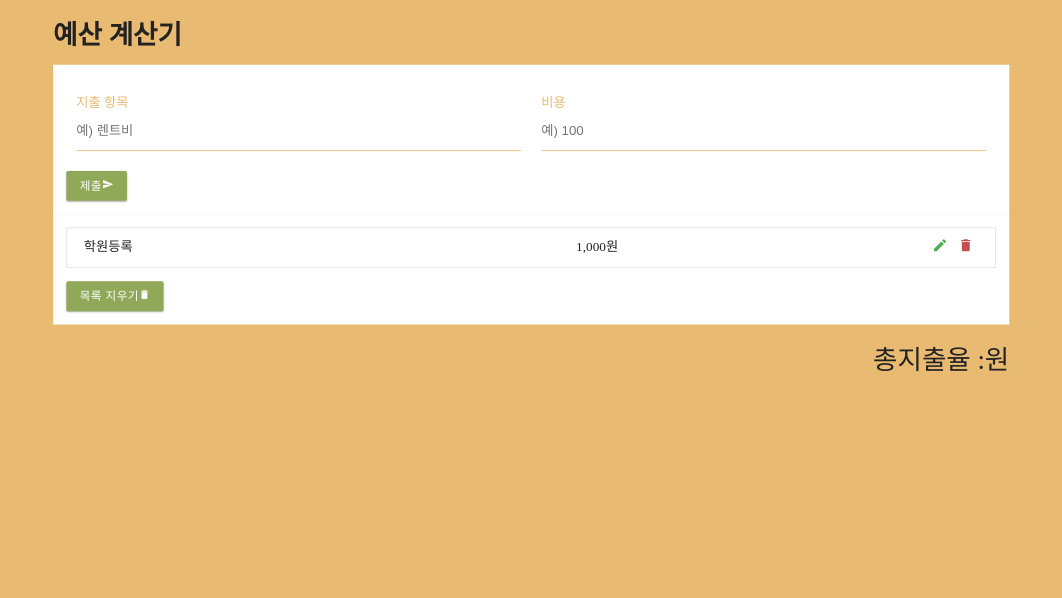
Repository: jongheonleee/budget_calculator
Page: /
The author's editor kept a copy of each file at every save. The page is drawn from the files as they stood at one save, then again after the next save.
The browser window is 1280 px wide. The pictures show the whole page, at 83% of full size.
The project was rebuilt for these pictures with package versions that can differ from the ones it lists, and the page was loaded fresh each time.

Above is the page before, as saved 2025-02-08 13:02:40.

### src/index.css
:root {
  --primaryColor : #90A959;
  --secondColor : #e9bb72;
  --mainWhite : #fff;
  --mainBlack : #222;
  --mainRed : #C45151;
  --mainGreen : #4CAF50;
}

* {
  margin: 0;
  box-sizing: border-box;
}

body {
  background: var(--secondColor);
  color: var(--mainBlack);
}

h1 {
  margin: 1rem 0;
}

.btn {
  text-decoration: none;
  color : var(--mainWhite);
  background-color: var(--primaryColor);
  text-align: center;
  letter-spacing: 0.5px;
  font-size: 14px;
  outline: 0;
  border : none;
  border-radius: 2px;
  display: block;
  height: 36px;
  line-height: 36px;
  padding: 0 16px;
  cursor : pointer;
  box-shadow: 0 1px 3px rgba(0, 0, 0, 0.12), 0 1px 2px rgba(0, 0, 0, 0.24);

}

.btn:hover {
  box-shadow: 0 14px 28px rgba(0, 0, 0, 0.25) 0 10px 10px rgba(0, 0, 0, 0.22);
}

### src/App.js
import { Component } from "react";
import "./App.css";
import ExpenseForm from "./components/ExpenseForm";
import ExpenseList from "./components/ExpenseList";

class App extends Component {

  render() {
    return (
      <main className="main-container">
        <h1>예산 계산기</h1>

        {/* 작성 영역 */}
        <div style={{ width:'100%', backgroundColor : 'white', padding: '1rem'}}>
          <ExpenseForm />
        </div>

        {/* 리스트 영역 */}
        <div style={{ width:'100%', backgroundColor : 'white', padding: '1rem'}}>
          <ExpenseList />
        </div>

        <div style={{ display : 'flex', justifyContent: 'end', marginTop: '1rem'}}>
          <p style={{ fontSize : '2rem'}}>
            총지출율 :
            <span>원</span>
          </p>
        </div>
      </main>
    )
  }
}

export default App;

### src/components/ExpenseForm.js
import React, { Component } from 'react'
import './ExpenseForm.css';
import { MdSend } from'react-icons/md';

export class ExpenseForm extends Component {

    render() {
        return (
        <form>
            <div>
                <div className='form-center'>
                    <div className='form-group'>
                        <label htmlFor='charge'> 지출 항목 </label>
                        <input
                            type='text'
                            className='form-control'
                            id='charge'
                            name='charge'
                            placeholder='예) 렌트비'
                        />
                    </div>
                    <div className='form-group'>
                        <label htmlFor='amount'> 비용 </label>
                        <input
                            type='number'
                            className='form-control'
                            id='amount'
                            name='amount'
                            placeholder='예) 100'
                        />

                    </div>
                </div>
            </div>

            <button tpye='submit' className='btn'>
                제출
                <MdSend className='btn-icon'/>
            </button>
        </form>
    )
  }
}

export default ExpenseForm

### src/components/ExpenseList.js
import React, { Component } from 'react'
import './ExpenseList.css'
import ExpenseItem from './ExpenseItem'
import { MdDelete } from 'react-icons/md'

export class ExpenseList extends Component {
  render() {
    return (
      <>
        <ul className='list'>
            {/* Expense Item */}
            <ExpenseItem />
        </ul>
        <button className='btn'>
            목록 지우기
            <MdDelete className='btn-icon'/>
        </button>
      </>
    )
  }
}

export default ExpenseList

### src/components/ExpenseForm.css
.form-center {
    display: flex;
}

.form-group {
    padding : 1rem 0.75rem;
    flex : 1;
}

label {
    display: block;
    color : var(--secondColor);
    font-size : 1rem;
    text-transform: capitalize;
}

.form-control {
    background-color: transparent;
    border: none;
    border-bottom: 1px solid var(--secondColor);
    outline: none;
    height: 3rem;
    width: 100%;
    font-size : 16px;
    margin: 0 0 8px 0;
    padding : 0;
}

### src/components/ExpenseList.css
.list {
    list-style-type: none;
    border : none;
    padding: 0;
}

### src/components/ExpenseItem.js
import React, { Component } from 'react'
import './ExpenseItem.css';
import { MdEdit, MdDelete } from'react-icons/md';

export class ExpenseItem extends Component {
  render() {
    return (
      <li className='item'>
        <div className='info'>
          <span className='expense'>학원등록</span>
          <span className='amount'> 1,000원 </span>
        </div>

        <div>
          <button className='edit-btn'><MdEdit/></button>
          <button className='clear-btn'><MdDelete /></button>
        </div>
      </li>
    )
  }
}

export default ExpenseItem

### src/components/ExpenseItem.css
.item {
    background-color: var(--mainWhite);
    line-height: 1.5rem;
    padding: 10px 20px;
    margin-bottom: 1rem;
    border : 1px solid #e0e0e0;
    display: flex;
    justify-content: space-between;
    transition:all 0.3s linear;
}

.item:hover {
    width: 100%;
    transform: scale(1.02);
}

.info {
    flex : 0 0 60%;
    display: flex;
    justify-content: space-between;
}

.expense {
    margin-right: 2rem;
}

.amount {
    font-weight: 300;
    font-size : 1rem;
    padding : 1px 3px;
}

.clear-btn,
.edit-btn {
    background: none;
    border: none;
    font-size : 1.2rem;
    outline: none;
    cursor: pointer;
}

.clear-btn {
    color : var(--mainRed);
}

.edit-btn {
    color : var(--mainGreen);
}

Loaded but not shown: public/index.html (common file); src/index.js (common file); src/reportWebVitals.js (common file); src/App.css (common file)

After the next save:
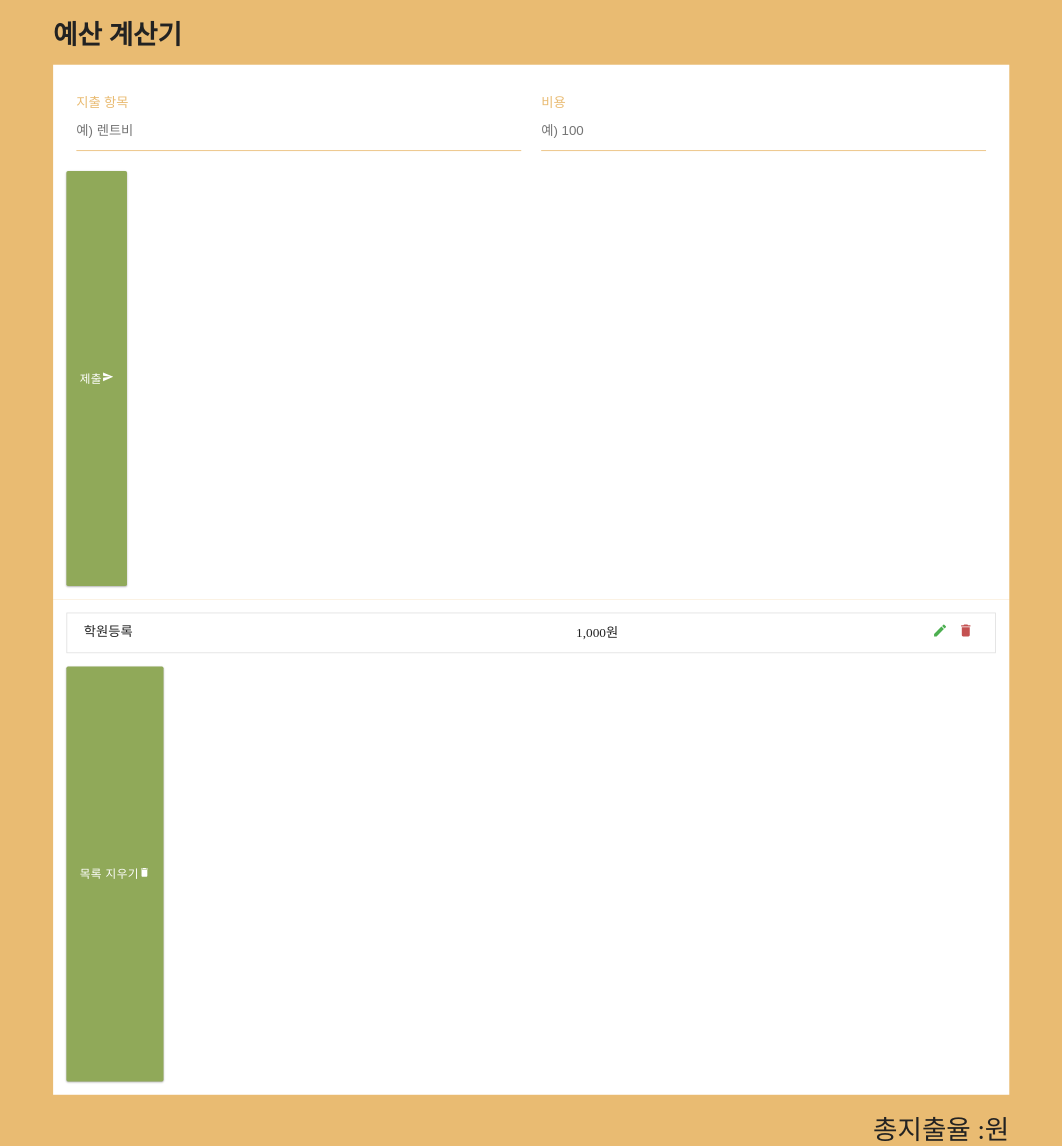
Saved 5 min 52 s later.
--- a/src/index.css
+++ b/src/index.css
@@ -32,7 +32,7 @@
   border : none;
   border-radius: 2px;
   display: block;
-  height: 36px;
+  height: 500px;
   line-height: 36px;
   padding: 0 16px;
   cursor : pointer;

After the save that followed:
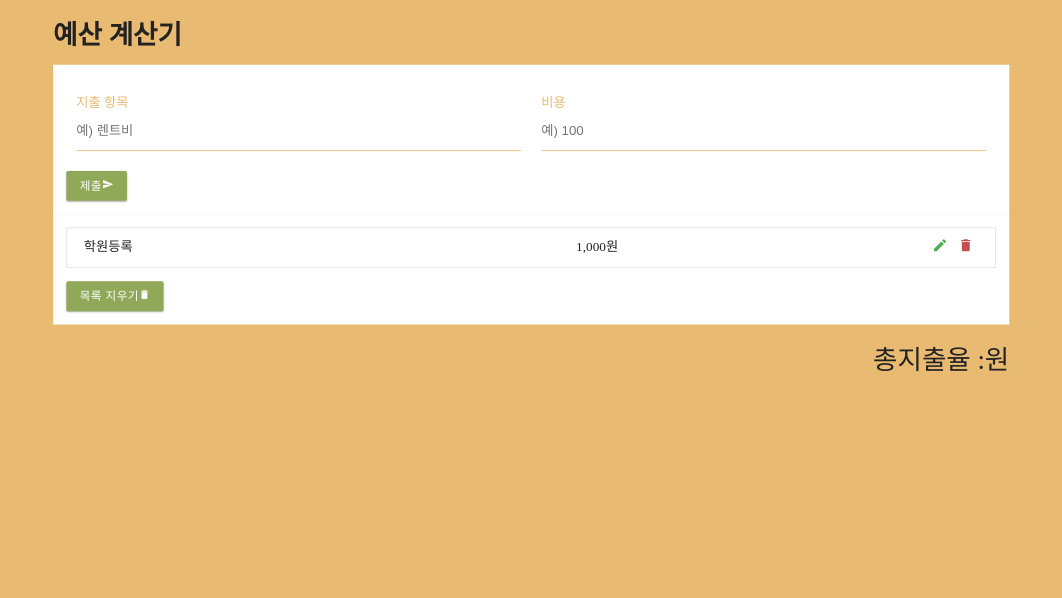
Saved 10 s later.
--- a/src/index.css
+++ b/src/index.css
@@ -32,7 +32,7 @@
   border : none;
   border-radius: 2px;
   display: block;
-  height: 500px;
+  height: 36px;
   line-height: 36px;
   padding: 0 16px;
   cursor : pointer;
